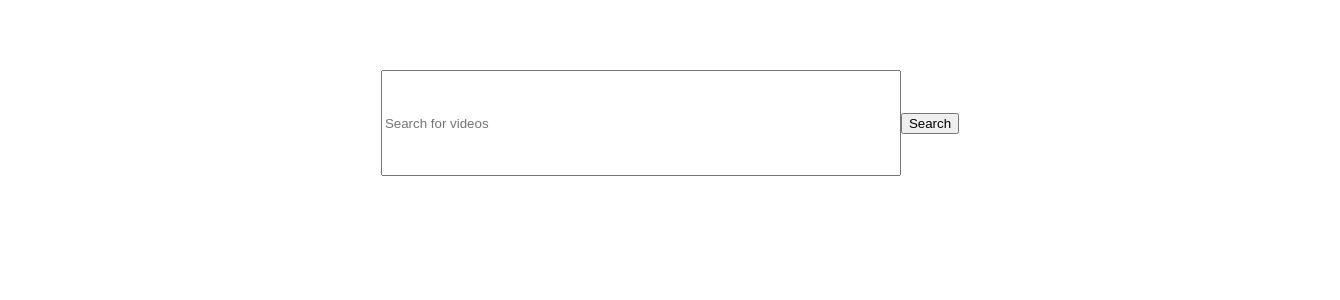
Repository: TeoVti/YouTube-Api-ReactJs
Page: /
The author's editor kept a copy of each file at every save. The page is drawn from the files as they stood at one save, then again after the next save.
The browser window is 1280 px wide. The page is 1340 px wide, so the pictures cover 1340 px, including what lies to the right of the window. The pictures show the whole page.
The page's requests for data from a server got no answer. The project was rebuilt for these pictures with package versions that can differ from the ones it lists, and the page was loaded fresh each time. No one was signed in, and anything a server would have sent is missing. Also part of the build but not shown: src/components/style/video.css, src/components/VideoItem.js.

Above is the page before, as saved 2020-02-19 17:06:55.

### src/App.js
import React from "react";
import SearchBar from "./components/Searchbar";
import youtube from "./configs/youtube";
import VideoList from "./components/VideoList";
import VideoDetail from "./components/VideoDetail";
import "./App.css";

class App extends React.Component {
  state = {
    videos: [],
    selectedVideo: null
  };

  componentDidMount() {
    this.handleSubmit("dogs are funny");
  }

  handleSubmit = async termFromSearchBar => {
    const response = await youtube.get("/search", {
      params: {
        q: termFromSearchBar
      }
    });
    this.setState({
      videos: response.data.items,
      selectedVideo: response.data.items[0]
    });
  };
  handleVideoSelect = video => {
    this.setState({ selectedVideo: video });
  };

  render() {
    return (
      <div>
        <SearchBar handleFormSubmit={this.handleSubmit} />
        <div>
          <div className="ui-row">
            <div>
              <VideoDetail video={this.state.selectedVideo} />
            </div>
            <div className="five-wide-column">
              <VideoList
                handleVideoSelect={this.handleVideoSelect}
                videos={this.state.videos}
              />
            </div>
          </div>
        </div>
      </div>
    );
  }
}

export default App;

### src/components/Searchbar.js
import React from "react";
import "./sch.css";

class Searchbar extends React.Component {
  state = {
    term: ""
  };
  handleChange = event => {
    this.setState({
      term: event.target.value
    });
  };
  handleSubmit = event => {
    event.preventDefault();
    this.props.handleFormSubmit(this.state.term);
    this.setState({
      term: ""
    });
  };

  render() {
    return (
      <div className="search-bar ui segment">
        <form onSubmit={this.handleSubmit} className="ui form">
          <div className="field">
            <input
              className="input-text"
              onChange={this.handleChange}
              placeholder="Search for videos"
              name="video-search"
              type="text"
              value={this.state.term}
            />
            <button>Search</button>
          </div>
        </form>
      </div>
    );
  }
}
export default Searchbar;

### src/configs/youtube.js
import axios from "axios";

const KEY = "AIzaSyCFwpTCqXDzUp13iRZD-Z6T1JPw_C42iAQ";

export default axios.create({
  baseURL: "https://www.googleapis.com/youtube/v3",
  params: {
    part: "snippet",
    maxResults: 5,
    key: KEY
  }
});

### src/components/VideoList.js
import React from "react";
import VideoItem from "./VideoItem";

const VideoList = ({ videos, handleVideoSelect }) => {
  const renderedVideos = videos.map(video => {
    return (
      <VideoItem
        key={video.id.videoId}
        video={video}
        handleVideoSelect={handleVideoSelect}
      />
    );
    console.log(video.id);
  });

  return <div>{renderedVideos}</div>;
};
export default VideoList;

### src/components/VideoDetail.js
import React from "react";
import "./sch.css";

const VideoDetail = ({ video }) => {
  if (!video) {
    return <div></div>;
  }

  const videoSrc = `https://www.youtube.com/embed/${video.id.videoId}`;
  console.log(typeof video);
  return (
    <div>
      <div className="ui-embed">
        <iframe src={videoSrc} allowFullScreen title="Video player" />
      </div>
      <div className="ui-segment">
        <h4>{video.snippet.title}</h4>
        <p>{video.snippet.description}</p>
      </div>
    </div>
  );
};

export default VideoDetail;

### src/App.css
.ui-row {
  display: flex;
}

.five-wide-column {
  margin-right: 10px;
   /*margin-left: -80px;*/
}

### src/components/sch.css
.search-bar {
  text-align: center;
  width: 100%;
  padding: 30px;
  margin: 40px auto;
  background: #fff;
  border-radius: 10px;
}

.input-text {
	width: 40%;
	height: 100px;
}

Loaded but not shown: public/index.html (common file); src/index.js (common file); src/index.css (common file); src/serviceWorker.js (common file)

After the next save:
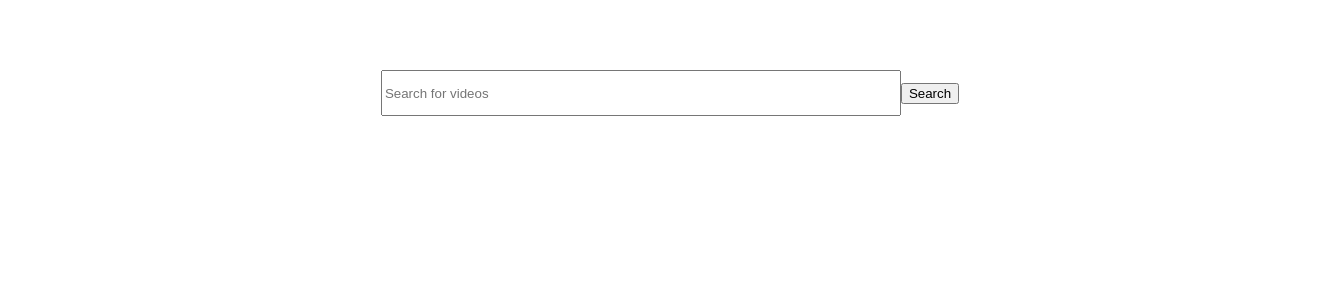
Saved 10 s later.
--- a/src/components/sch.css
+++ b/src/components/sch.css
@@ -9,5 +9,5 @@
 
 .input-text {
 	width: 40%;
-	height: 100px;
+	height: 40px;
 }
